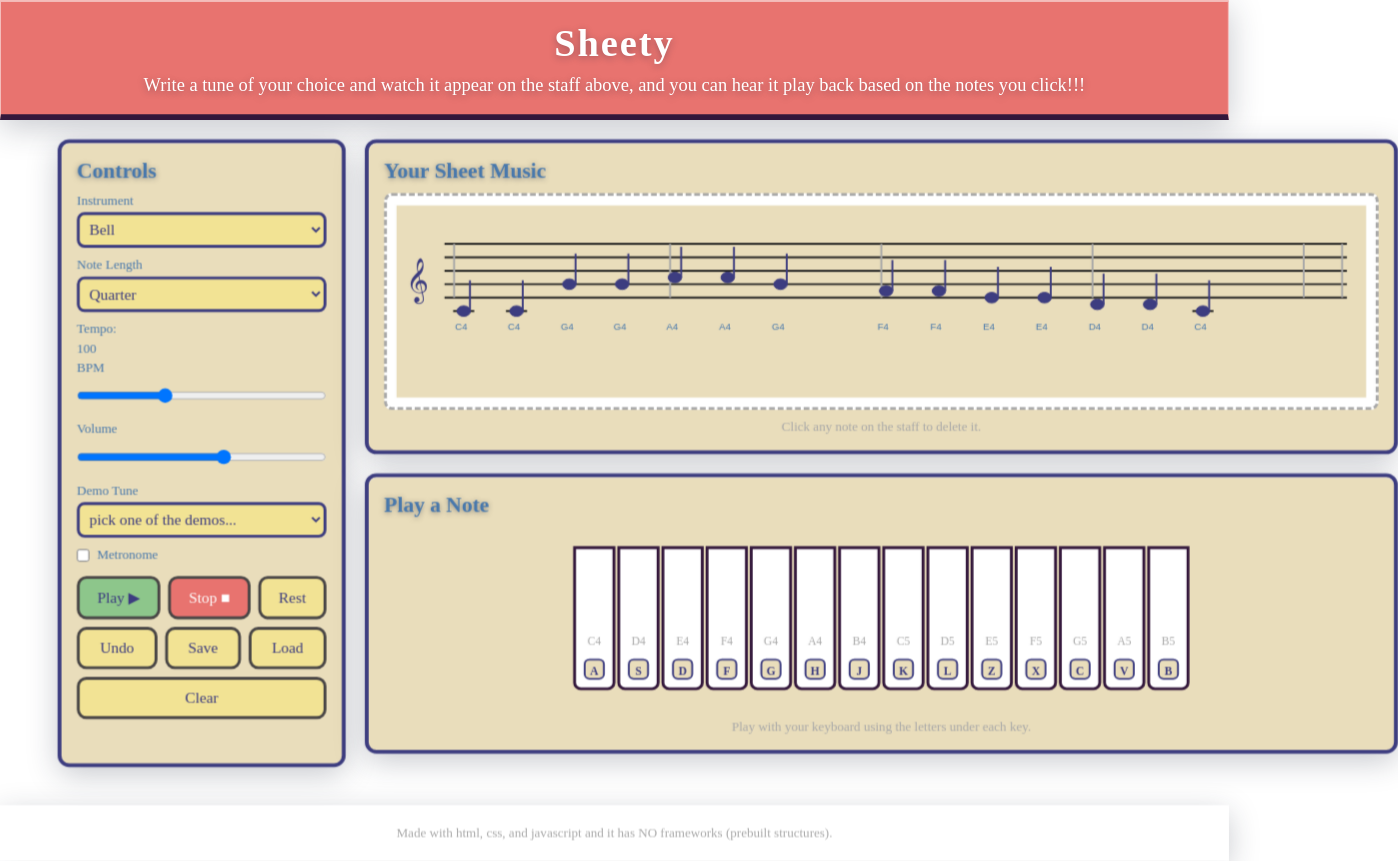
Repository: manayparikh1/sheety
Page: index.html
The author's editor kept a copy of each file at every save. The page is drawn from the files as they stood at one save, then again after the next save.
The browser window is 1280 px wide. The page is 1456 px wide, so the pictures cover 1456 px, including what lies to the right of the window. The pictures show the whole page, at 96% of full size.

Above is the page before, as saved 2026-08-23 19:18:15.

After the next save:
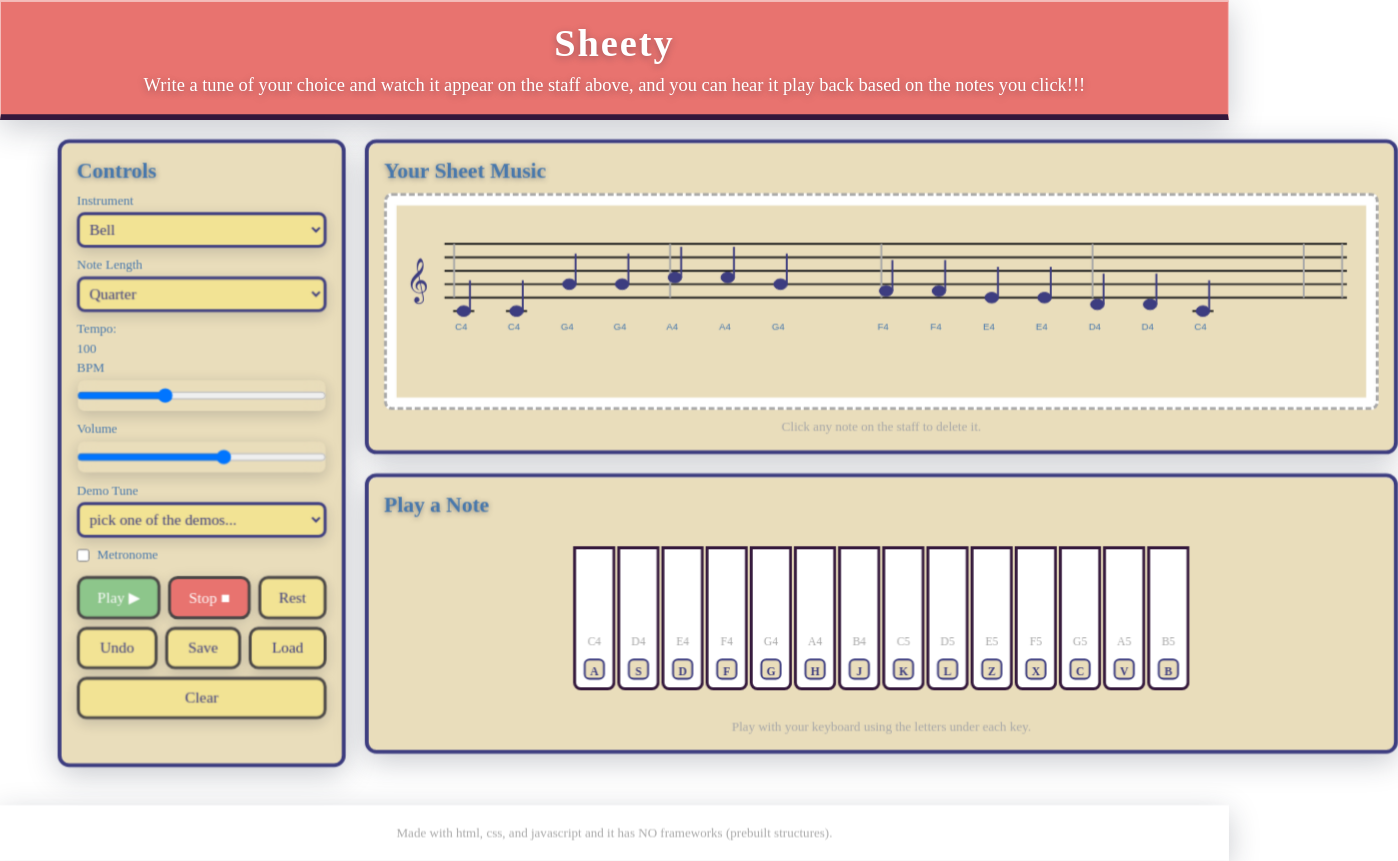
Saved 113 min 57 s later.
--- a/index.html
+++ b/index.html
@@ -128,6 +128,43 @@
             font-size: 0.85rem;
             color: var(--grey);
         }
+
+        button,
+        select,
+        input[type="range"] {
+            background: var(--glass-strong);
+            -webkit-backdrop-filter: blur(10px);
+            backdrop-filter: blur(10px);
+            border: 1px solid var(--edge);
+            color: var(--navy);
+            box-shadow: 0 4px 14px rgba(31, 38, 60, .18);
+            transition: transform .15s, background .15s;
+        }
+
+        button:hover {
+            background: rgba(255, 255, 255, .6);
+            color: var(--navy);
+        }
+
+        button.play-btn {
+            background: rgba(141, 198, 139, .55);
+            color: var(--paper);
+        }
+
+        button.stop-btn {
+            background: rgba(232, 115, 111, .55);
+            color: var(--paper);
+        }
+
+        .white-key {
+            background: rgba(255, 255, 255, .3);
+            -webkit-backdrop-filter: blur(12px);
+            backdrop-filter: blur(12px);
+            border: 1px solid var(--edge);
+            border-top: none;
+            box-shadow: 0 6px (1rem+2)
+        }
+
 
         select,
         input[type="range"] {
